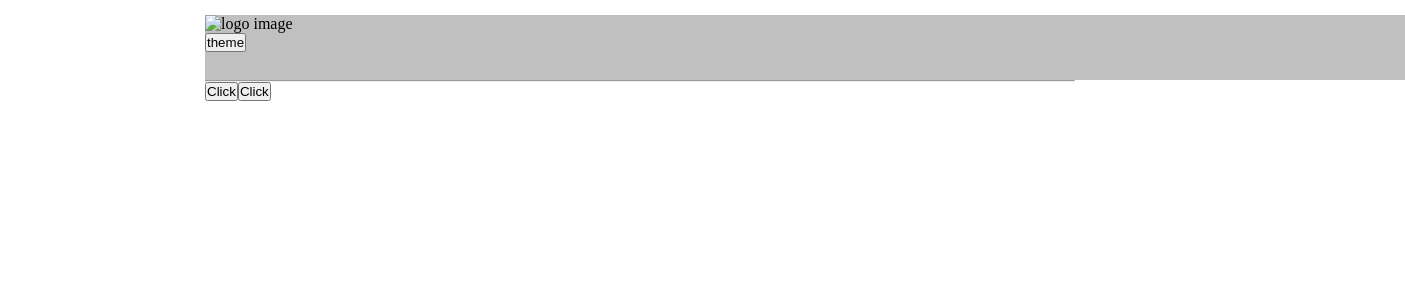
Repository: YuraKrvz/my_weather2
Page: /
The author's editor kept a copy of each file at every save. The page is drawn from the files as they stood at one save, then again after the next save.
The browser window is 1280 px wide. The page is 1405 px wide, so the pictures cover 1405 px, including what lies to the right of the window. The pictures show the whole page.
The project was rebuilt for these pictures with package versions that can differ from the ones it lists, and the page was loaded fresh each time.

Above is the page before, as saved 2022-01-25 16:22:59.

### src/index.css
*{
  box-sizing: border-box;
  margin: 0;
  padding: 0;
}
.container{
  max-width: 900px;
  margin: 0 auto;
  padding: 15px;
}

html[data-theme='true']{
  --body-background: #fff;
  --components-background: silver;
  --card-background: rgba(71, 147, 255, 0.2);
  --card-shadow: 0px 3px 20px rgba(147, 144, 144, 0.28);
  --text-color: #000;
}
html[data-theme='false']{
  --body-background: #0d1117;
  --components-background: #4f4f4f;
  --card-background: #2e3035;
  --card-shadow: 0px 3px 20px rgba(5, 5, 5, 0.28);
  --text-color: #fff;
}

### src/App.js
import useTheme from './hooks/useTheme';
import Header from './components/header/Header';

export default function App() {
  const {theme, setTheme} = useTheme();

  return (
    <div className='container'>
     <Header />

     <hr />

     <button onClick={()=> setTheme(!theme)}>Click</button>
     <button onClick={()=> setTheme('dark')}>Click</button>

    </div>
  );
};

### src/hooks/useTheme.js
import {useState, useLayoutEffect} from 'react';

export default function useTheme() {
   const [theme, setTheme] = useState(true);

   useLayoutEffect( ()=>{
      document.documentElement.setAttribute('data-theme', theme);
   }, [theme] )

   return {theme, setTheme};
}

### src/components/header/Header.jsx
import React from 'react';
import s from './Header.module.css';

export default function Header() {
  return (
   <header className={s.wrap__header}>
      <div>
         <img className={s.logo__img} src="" alt="logo image" />
         <h1 className={s.header__logo_text}></h1>
      </div>
      <button className={s.button__theme}> theme </button>
   </header>
  );
}

### src/components/header/Header.module.css
.wrap__header{
   background-color: var(--components-background);
   width: 1200px;
   height: 65px;
   left: 360px;
   top: 20px;
}
.logo__img{

}
.header__logo_text{

}
.button__theme{

}

Loaded but not shown: public/index.html (common file); src/index.js (common file)

After the next save:
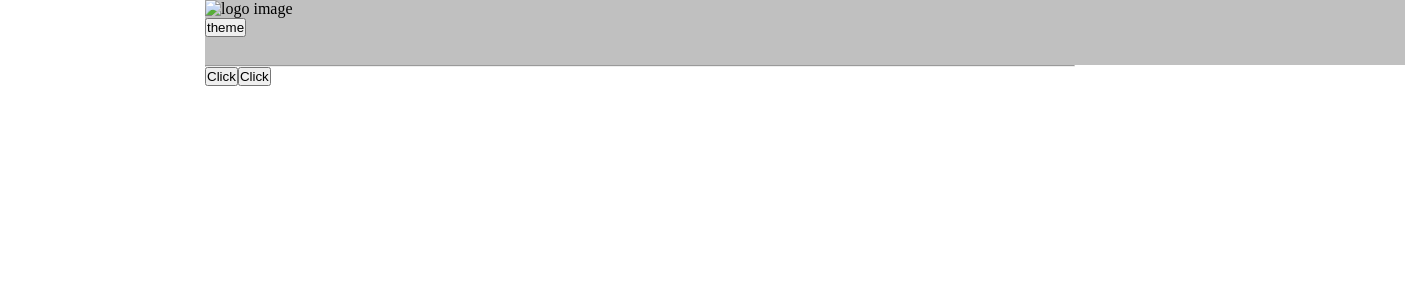
Saved 22 s later.
--- a/src/index.css
+++ b/src/index.css
@@ -6,7 +6,7 @@
 .container{
   max-width: 900px;
   margin: 0 auto;
-  padding: 15px;
+  padding: 0 15px;
 }
 
 html[data-theme='true']{
